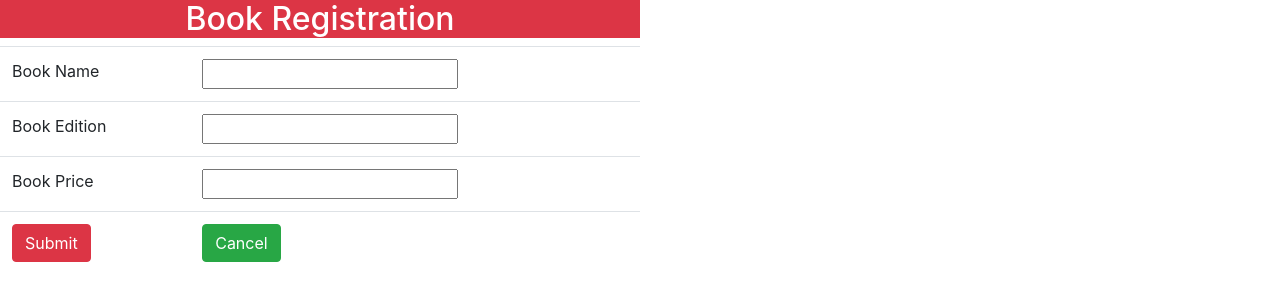
Repository: meriam0000/servlet
Page: BookWebApp/src/main/webapp/Home.html
The author's editor kept a copy of each file at every save. The page is drawn from the files as they stood at one save, then again after the next save.
The browser window is 1280 px wide. The pictures show the whole page.

Above is the page before, as saved 2024-02-12 20:35:12.

After the next save:
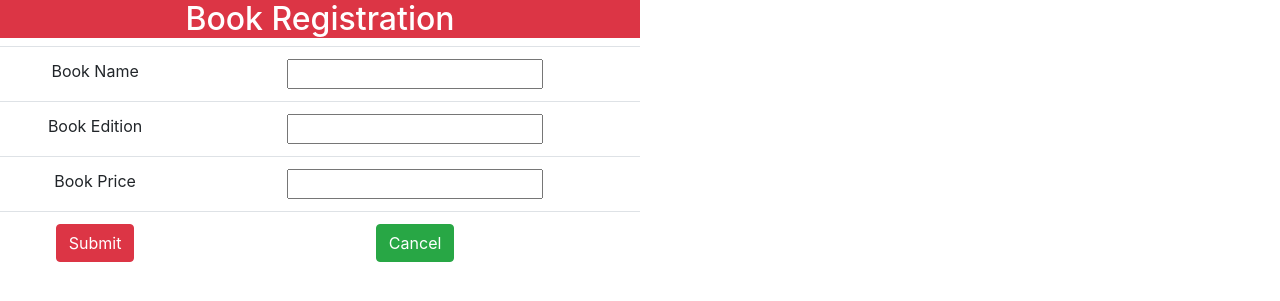
Saved 5 min 57 s later.
--- a/BookWebApp/src/main/webapp/Home.html
+++ b/BookWebApp/src/main/webapp/Home.html
@@ -5,7 +5,7 @@
 <title>Book Registration</title>
 <link rel="stylesheet"  href="css/bootstrap.css ">
 </head>
-<body class="container-fluid-card"style="width:40rem;" >
+<body class="container-fluid-card text-center" style="width:40rem;" >
 <h2 class="bg-danger text-white text-center">Book Registration </h2>
 <form action="register" method="post" >
 <table class="table table-hover" >
